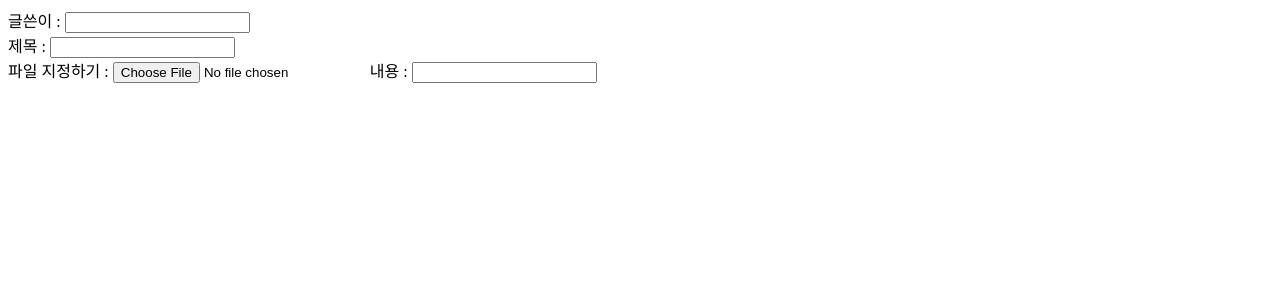
Repository: angwanghyeon/eclipse
Page: http://localhost/sec10/upload.jsp
The author's editor kept a copy of each file at every save. The page is drawn from the files as they stood at one save, then again after the next save.
The browser window is 1280 px wide. The pictures show the whole page.
The page is served by Tomcat 9.

Above is the page before, as saved 2023-09-05 03:09:55.

After the next save:
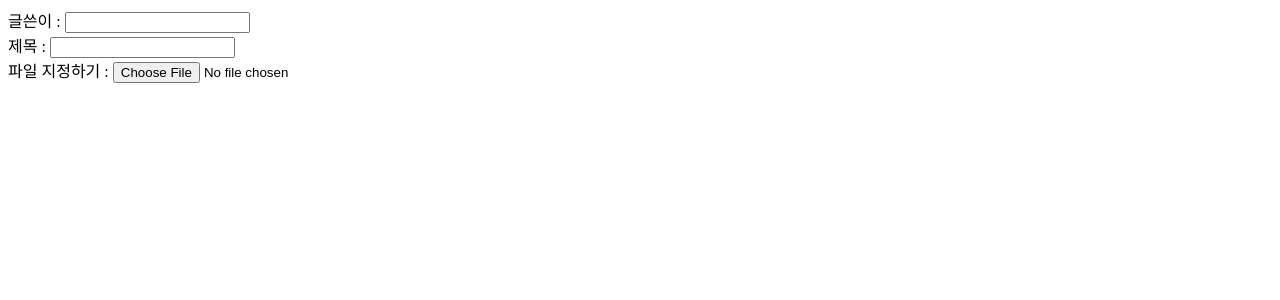
Saved 6 s later.
--- a/sec10/src/main/webapp/upload.jsp
+++ b/sec10/src/main/webapp/upload.jsp
@@ -10,8 +10,7 @@
 <form action="upload.do" method="post" enctype="mulipart/form-data" name="frm">
 글쓴이 : <input type="text" name="name"><br>
 제목 : <input type="text" name="title"><br>
-파일 지정하기 : <input type="file">
-내용 : <input type="text">
+파일 지정하기 : <input type="file" name="file">
 </form>
 </body>
 </html>
